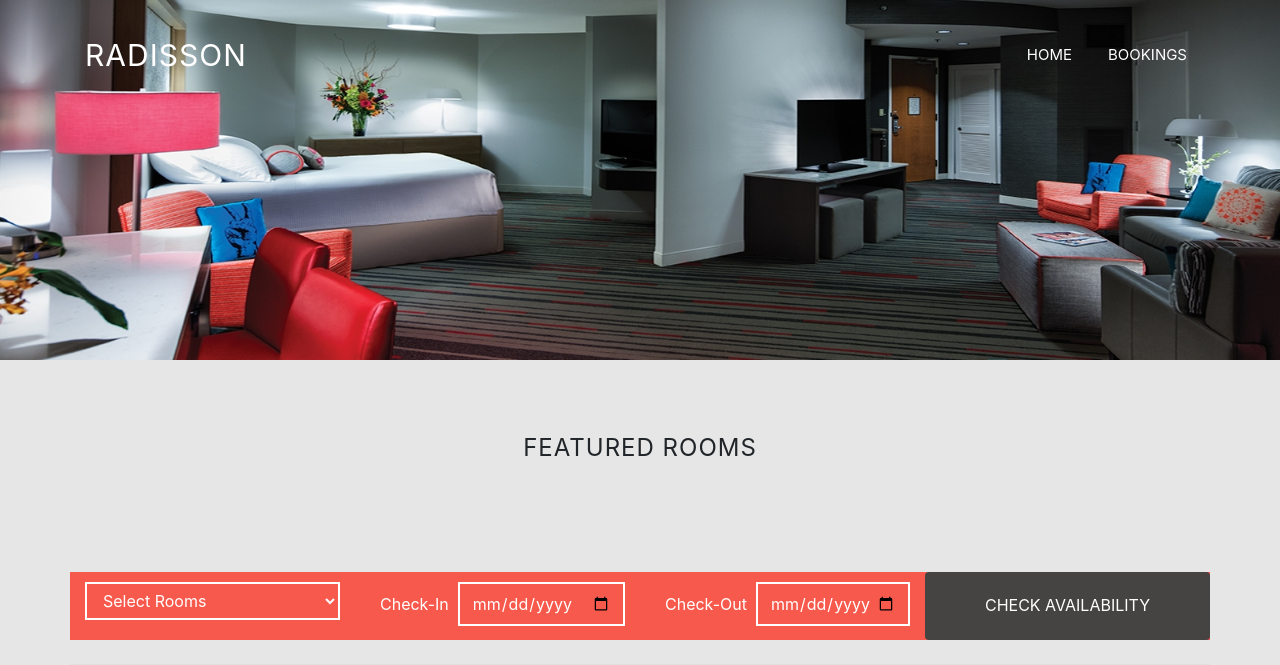
Repository: kapsky5/HotelManagement
Page: rooms.html
These files come from the project's save history. The page is drawn as it stood at one moment and after the next save; the edit follows.
The browser window is 1280 px wide. The pictures show the part of the page from y = 0 to 665 px (the page is 2032 px tall).
Pictures or frames that could not be fetched are drawn as grey boxes. Some web libraries are served in a nearby version.

Above is the page before, as saved 2019-11-07 02:41:28.

After the next save:
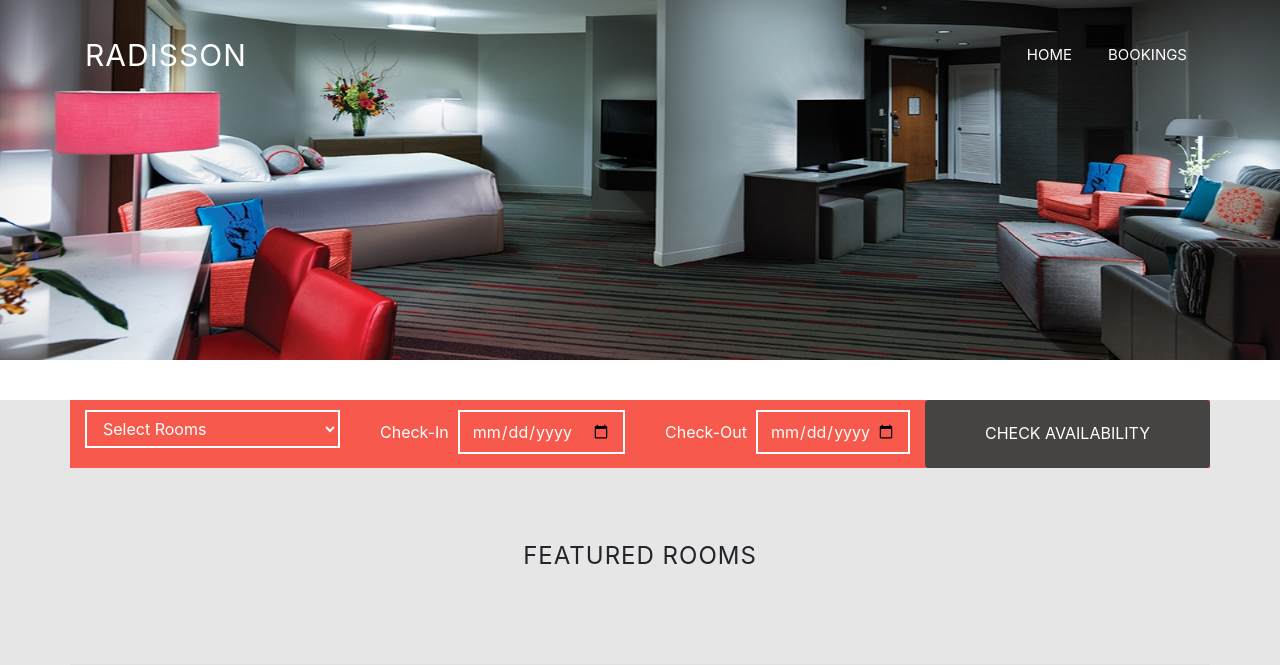
Saved 63 s later.
--- a/rooms.html
+++ b/rooms.html
@@ -37,9 +37,6 @@
 
     <div class="containerz">
         <div class="container" style="padding: 0px;">
-            <div class="text-center" style="padding: 70px 0 50px 0;">
-                <p class="heading1">Featured rooms</p>
-            </div>
             <div class="row avail">
                 <div class="col-md-3" style="padding-top: 10px;">
                     <div class="form-group">
@@ -73,6 +70,9 @@
                         <p>CHECK AVAILABILITY</p>
                     </div>
                 </button>
+            </div>
+            <div class="text-center" style="padding: 70px 0 50px 0;">
+                <p class="heading1">Featured rooms</p>
             </div>
             <br>
             <div class="card">
